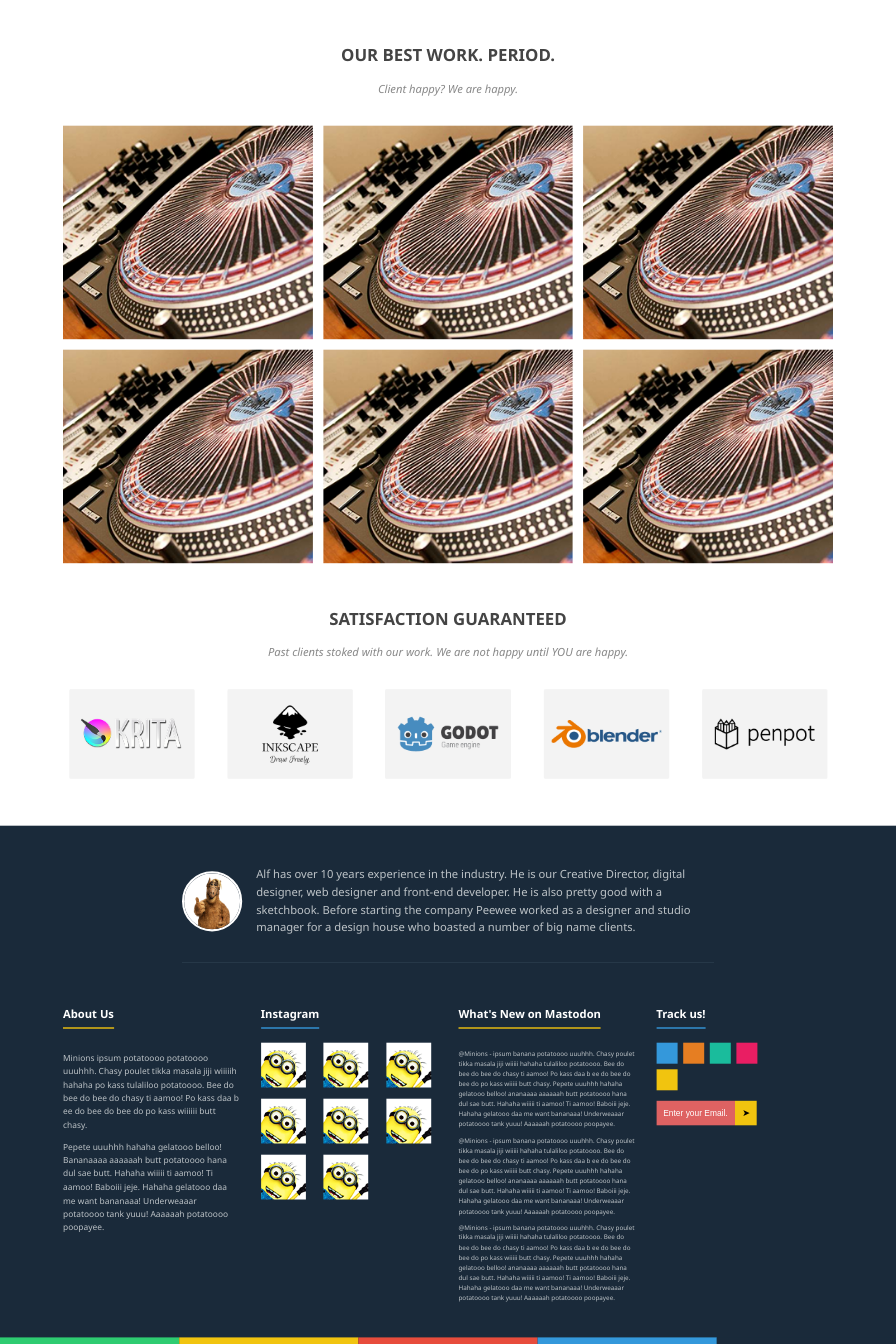
Repository: DavidYoo5/Project-1-Lab-2B-Assignment
Page: Project-1-Lab-2B-Assignment/index.html
The author's editor kept a copy of each file at every save. The page is drawn from the files as they stood at one save, then again after the next save.
The browser window is 1280 px wide. The pictures show the part of the page from y = 1922 to 3842 px (the page is 3842 px tall), at 70% of full size.

Above is the page before, as saved 2026-01-28 15:46:53.

### Project-1-Lab-2B-Assignment/index.html
<!doctype html>
<html lang="en">
  <head>
    <meta charset="utf-8" />
    <meta name="viewport" content="width=device-width, initial-scale=1" />
    <title>Metrolics</title>
    <!-- <link rel="stylesheet" href="css/style.css"> -->
    <meta name="description" content="website for lab 2" />
    <link rel="stylesheet" href="style.css" />

    <!-- <meta property="og:title" content="">
  <meta property="og:type" content="">
  <meta property="og:url" content="">
  <meta property="og:image" content="">
  <meta property="og:image:alt" content="">

  <link rel="icon" href="/favicon.ico" sizes="any">
  <link rel="icon" href="/icon.svg" type="image/svg+xml">
  <link rel="apple-touch-icon" href="icon.png">
   <script src="js/app.js"></script>


  <link rel="manifest" href="site.webmanifest"> -->
    <meta name="theme-color" content="#fafafa" />
  </head>

  <body>
    <header class="site-header">
      <div class="header-container">
        <div class="logoAndHeading">
          <h1>Metrolics</h1>
          <div class="logo-vectors">
            <svg
              id="Layer_2"
              data-name="Layer 2"
              xmlns="http://www.w3.org/2000/svg"
              viewBox="0 0 111.31 111.31"
            >
              <defs>
                <style>
                  .cls-1 {
                    fill: #1691bd;
                  }

                  .cls-1,
                  .cls-2,
                  .cls-3,
                  .cls-4 {
                    fill-rule: evenodd;
                  }

                  .cls-2 {
                    fill: #25c389;
                  }

                  .cls-3 {
                    fill: #de6262;
                  }

                  .cls-4 {
                    fill: #ffb901;
                  }
                </style>
              </defs>
              <g id="Layer_1-2" data-name="Layer 1">
                <path class="cls-4" d="M74.21,0h37.1v37.1h-37.1V0Z" />
                <path class="cls-2" d="M0,0h37.1v37.1H0V0Z" />
                <path class="cls-1" d="M37.1,37.1h37.1v37.1h-37.1v-37.1Z" />
                <path class="cls-4" d="M0,74.21h37.1v37.1H0v-37.1Z" />
                <path class="cls-3" d="M74.21,74.21h37.1v37.1h-37.1v-37.1Z" />
              </g>
            </svg>
          </div>
        </div>
        <div class="main-nav-container">
          <nav class="main-nav">
            <a href="#" class="nav-home">Home ></a>
            <a href="#" class="nav-portfolio">Portfolio ></a>
            <a href="#" class="nav-blog">Blog ></a>
            <a href="#" class="nav-quo">Quo Vadis? ></a>
            <a href="#" class="nav-chat">Let's Chat ></a>
          </nav>
        </div>
      </div>
    </header>

    <section class="hero">
      <div class="hero-content">
        <h1 class="hero-title">Metro Style</h1>
        <h2 class="hero-subtitle">Quick on the feet</h2>
        <h3 class="hero-tagline">Metro Styling reinvented</h3>
      </div>
      <img
        src="img/00c1b9f08d738d1023baf2062988c56225701209.png"
        alt="Hero Image"
        class="hero-img"
      />
    </section>

    <section class="intro">
      <h2>Hi folks! We are the <span>Metrolics</span> design studio.</h2>
      <p>With our help, the sky's the limit to express your creativity!</p>
    </section>

    <section class="services">
      <div class="section-heading pink-border">
        <h3>Things That We Do</h3>
        <p>Full service design solutions</p>
      </div>
      <div class="services-grid">
        <div class="service-item">
          <div class="icon-box yellow">💡</div>
          <h4>Web Solutions</h4>
          <p>
            We are a fairly small, flexible design studio that designs for print
            and web. We work flexibly with clients.
          </p>
        </div>
        <div class="service-item">
          <div class="icon-box green">📷</div>
          <h4>Photography</h4>
          <p>
            We are a fairly small, flexible design studio that designs for print
            and web. We work flexibly with clients.
          </p>
        </div>
        <div class="service-item">
          <div class="icon-box red">☝️</div>
          <h4>App Development</h4>
          <p>
            We are a fairly small, flexible design studio that designs for print
            and web. We work flexibly with clients.
          </p>
        </div>
        <div class="service-item">
          <div class="icon-box blue">✏️</div>
          <h4>UX Design</h4>
          <p>
            We are a fairly small, flexible design studio that designs for print
            and web. We work flexibly with clients.
          </p>
        </div>
      </div>
    </section>

    <section class="blog">
      <div class="section-heading">
        <h3>What's Up Lately?</h3>
        <p>Read up on our latest work</p>
      </div>
      <div class="blog-grid">
        <div class="blog-card">
          <img
            src="img/9d8936101658556ea729473327b08b9089fea2ca.png"
            alt="Blog"
          />
          <div class="blog-info">
            Sample Image Post <span>Photography</span>
          </div>
        </div>
        <div class="blog-card">
          <img
            src="img/9d8936101658556ea729473327b08b9089fea2ca.png"
            alt="Blog"
          />
          <div class="blog-info">
            Sample Image Post <span>Photography</span>
          </div>
        </div>
        <div class="blog-card">
          <img
            src="img/9d8936101658556ea729473327b08b9089fea2ca.png"
            alt="Blog"
          />
          <div class="blog-info">
            Sample Image Post <span>Photography</span>
          </div>
        </div>
      </div>
    </section>

    <section class="portfolio">
      <div class="section-heading">
        <h3>Our Best Work. Period.</h3>
        <p>Client happy? We are happy.</p>
      </div>
      <div class="portfolio-grid">
        <img
          src="img/9d8936101658556ea729473327b08b9089fea2ca.png"
          alt="Work"
        />
        <img
          src="img/9d8936101658556ea729473327b08b9089fea2ca.png"
          alt="Work"
        />
        <img
          src="img/9d8936101658556ea729473327b08b9089fea2ca.png"
          alt="Work"
        />
        <img
          src="img/9d8936101658556ea729473327b08b9089fea2ca.png"
          alt="Work"
        />
        <img
          src="img/9d8936101658556ea729473327b08b9089fea2ca.png"
          alt="Work"
        />
        <img
          src="img/9d8936101658556ea729473327b08b9089fea2ca.png"
          alt="Work"
        />
      </div>
    </section>

    <section class="clients">
      <div class="section-heading">
        <h3>Satisfaction Guaranteed</h3>
        <p>
          Past clients stoked with our work. We are not happy until YOU are
          happy.
        </p>
      </div>
      <div class="client-grid">
        <div class="client-box"><img src="Client-Krita.png" alt="Krita" /></div>
        <div class="client-box">
          <img src="img/Client-Inkscape.png" alt="Inkscape" />
        </div>
        <div class="client-box"><img src="Client-Godot.png" alt="Godot" /></div>
        <div class="client-box">
          <img src="img/Client-Blender.png" alt="Blender" />
        </div>
        <div class="client-box">
          <img src="img/Client-Penpot.png" alt="Penpot" />
        </div>
      </div>
    </section>

    <footer class="site-footer">
      <div class="content-in-footer">
        <div class="footer-top">
          <img
            src="img/87e668f15f35aacbb73c4f1a013d22e3d90bf0ea.png"
            alt="Alf"
            class="footer-avatar"
          />
          <p>
            Alf has over 10 years experience in the industry. He is our Creative
            Director, digital designer, web designer and front-end developer. He
            is also pretty good with a sketchbook. Before starting the company
            Peewee worked as a designer and studio manager for a design house
            who boasted a number of big name clients.
          </p>
        </div>

        <div class="footer-main">
          <div class="footer-col">
            <h4 class="footer-h yellow-underline">About Us</h4>
            <p class="about-us-p">
              Minions ipsum potatoooo potatoooo uuuhhh. Chasy poulet tikka
              masala jiji wiiiiih hahaha po kass tulaliloo potatoooo. Bee do bee
              do bee do chasy ti aamoo! Po kass daa b ee do bee do bee do po
              kass wiiiiii butt chasy.
            </p>
            <p class="about-us-p">
              Pepete uuuhhh hahaha gelatooo belloo! Bananaaaa aaaaaah butt
              potatoooo hana dul sae butt. Hahaha wiiiii ti aamoo! Ti aamoo!
              Baboiii jeje. Hahaha gelatooo daa me want bananaaa! Underweaaar
              potatoooo tank yuuu! Aaaaaah potatoooo poopayee.
            </p>
          </div>
          <div class="footer-col">
            <h4 class="footer-h blue-underline">Instagram</h4>
            <div class="insta-grid">
              <img
                src="img/a1e67b2d3c8bb07d5fb83b2f349484c7c0fd2724.png"
                alt="insta"
              />
              <img
                src="img/a1e67b2d3c8bb07d5fb83b2f349484c7c0fd2724.png"
                alt="insta"
              />
              <img
                src="img/a1e67b2d3c8bb07d5fb83b2f349484c7c0fd2724.png"
                alt="insta"
              />
              <img
                src="img/a1e67b2d3c8bb07d5fb83b2f349484c7c0fd2724.png"
                alt="insta"
              />
              <img
                src="img/a1e67b2d3c8bb07d5fb83b2f349484c7c0fd2724.png"
                alt="insta"
              />
              <img
                src="img/a1e67b2d3c8bb07d5fb83b2f349484c7c0fd2724.png"
                alt="insta"
              />
              <img
                src="img/a1e67b2d3c8bb07d5fb83b2f349484c7c0fd2724.png"
                alt="insta"
              />
              <img
                src="img/a1e67b2d3c8bb07d5fb83b2f349484c7c0fd2724.png"
                alt="insta"
              />
            </div>
          </div>
          <div class="footer-mastodon">
            <h4 class="footer-h yellow-underline">What's New on Mastodon</h4>
            <p class="mastodon-p">
              <span>@Minions</span> - ipsum banana potatoooo uuuhhh. Chasy
              poulet tikka masala jiji wiiiii hahaha tulaliloo potatoooo. Bee do
              bee do bee do chasy ti aamoo! Po kass daa b ee do bee do bee do po
              kass wiiiii butt chasy. Pepete uuuhhh hahaha gelatooo belloo!
              ananaaaa aaaaaah butt potatoooo hana dul sae butt. Hahaha wiiiii
              ti aamoo! Ti aamoo! Baboiii jeje. Hahaha gelatooo daa me want
              bananaaa! Underweaaar potatoooo tank yuuu! Aaaaaah potatoooo
              poopayee.
            </p>
            <p class="mastodon-p">
              <span>@Minions</span> - ipsum banana potatoooo uuuhhh. Chasy
              poulet tikka masala jiji wiiiii hahaha tulaliloo potatoooo. Bee do
              bee do bee do chasy ti aamoo! Po kass daa b ee do bee do bee do po
              kass wiiiii butt chasy. Pepete uuuhhh hahaha gelatooo belloo!
              ananaaaa aaaaaah butt potatoooo hana dul sae butt. Hahaha wiiiii
              ti aamoo! Ti aamoo! Baboiii jeje. Hahaha gelatooo daa me want
              bananaaa! Underweaaar potatoooo tank yuuu! Aaaaaah potatoooo
              poopayee.
            </p>
            <p class="mastodon-p">
              <span>@Minions</span> - ipsum banana potatoooo uuuhhh. Chasy
              poulet tikka masala jiji wiiiii hahaha tulaliloo potatoooo. Bee do
              bee do bee do chasy ti aamoo! Po kass daa b ee do bee do bee do po
              kass wiiiii butt chasy. Pepete uuuhhh hahaha gelatooo belloo!
              ananaaaa aaaaaah butt potatoooo hana dul sae butt. Hahaha wiiiii
              ti aamoo! Ti aamoo! Baboiii jeje. Hahaha gelatooo daa me want
              bananaaa! Underweaaar potatoooo tank yuuu! Aaaaaah potatoooo
              poopayee.
            </p>
          </div>

          <div class="footer-track-us">
            <h4 class="footer-h blue-underline">Track us!</h4>
            <div class="social-squares">
              <div class="sq blue"></div>
              <div class="sq orange"></div>
              <div class="sq cyan"></div>
              <div class="sq pink"></div>
              <div class="sq gold"></div>
            </div>

            <div class="newsletter">
              <input type="text" placeholder="Enter your Email..." />
              <button>➤</button>
            </div>
          </div>
        </div>
        <div class="footer-bottom-bar">
          <div class="bar-green"></div>
          <div class="bar-yellow"></div>
          <div class="bar-red"></div>
          <div class="bar-blue"></div>
          <div class="bar-dark"></div>
        </div>
      </div>
    </footer>
  </body>
</html>

### Project-1-Lab-2B-Assignment/style.css
/* --- Body --- */

body {
  font-family: "Segoe UI", Tahoma, Geneva, Verdana, sans-serif;
  color: #444;
  line-height: 1.6;
  text-align: center;
  height: 100vh;
  width: 100vw;
  margin: 0px;
}

/* --- Header & Nav --- */
.site-header {
  background: #fff;
  padding-left: 10;
}

.header-container {
  max-width: 1100px;
  margin: 0 auto;
  display: flex;
  justify-content: space-between;
  align-items: center;
}

.logoAndHeading {
  font-size: 24px;
  font-weight: bold;
  color: #333;
  display: flex;
  flex-direction: row;
  align-items: center;
  gap: 20px;
}

.logo-vectors {
  display: inline-block;
  width: 20px;
  height: 20px;
  margin-left: 2px;
}

.main-nav a {
  text-decoration: none;
  color: white;
  font-size: 14px;
  font-weight: bold;
}

.nav-home {
  background-color: #2ecc71;
  padding: 0;
  margin: 0;
}

.nav-portfolio {
  background-color: #f1c40f;
  padding: 0;
  margin: 0;
}

.nav-blog {
  background-color: #e74c3c;
  padding: 0;
  margin: 0;
}

.nav-quo {
  background-color: #3498db;
  padding: 0;
  margin: 0;
}

.nav-chat {
  background-color: #34495e;
  padding: 0;
  margin: 0;
}

/* --- Hero Section --- */
.hero {
  position: relative;
  height: 500px;
  overflow: hidden;
}

.hero-img {
  width: 100%;
  height: 100%;
  object-fit: cover;
}

.hero-content {
  position: absolute;
  top: 50%;
  left: 15%;
  transform: translateY(-50%);
  text-align: left;
  z-index: 2;
}

.hero-content h1,
.hero-content h2,
.hero-content h3 {
  background: white;
  padding: 10px 20px;
  margin-bottom: 10px;
  display: table;
  font-weight: normal;
  box-shadow: 2px 2px 5px rgba(0, 0, 0, 0.1);
}

.hero-title {
  border-left: 5px solid #3498db;
  font-size: 28px;
}

.hero-subtitle {
  border-left: 5px solid #e74c3c;
  font-size: 22px;
}

.hero-tagline {
  border-left: 5px solid #f1c40f;
  font-size: 18px;
}

/* --- Sections Common --- */
section {
  max-width: 1100px;
  margin: 60px auto;
  padding: 0 20px;
}

.section-heading {
  margin-bottom: 40px;
}

.section-heading h3 {
  font-size: 24px;
  text-transform: uppercase;
  margin-bottom: 5px;
}

.section-heading p {
  color: #888;
  font-style: italic;
}

.pink-border {
  border: 4px solid #ff00ff;
  padding: 20px;
  display: inline-block;
  width: 100%;
}

/* --- Intro --- */
.intro h2 {
  font-size: 32px;
  font-weight: 300;
}

.intro span {
  color: #3498db;
  font-weight: bold;
}

/* --- Grids --- */
.services-grid,
.blog-grid,
.portfolio-grid,
.client-grid {
  display: grid;
  gap: 30px;
}

.services-grid {
  grid-template-columns: repeat(4, 1fr);
}

.blog-grid {
  grid-template-columns: repeat(3, 1fr);
}

.portfolio-grid {
  grid-template-columns: repeat(3, 1fr);
  gap: 15px;
}

.client-grid {
  grid-template-columns: repeat(5, 1fr);
  align-items: center;
}

/* Icons */
.icon-box {
  font-size: 40px;
  width: 80px;
  height: 80px;
  line-height: 80px;
  margin: 0 auto 20px;
  border: 2px solid;
}

.yellow {
  border-color: #f1c40f;
  color: #f1c40f;
}

.green {
  border-color: #2ecc71;
  color: #2ecc71;
}

.red {
  border-color: #e74c3c;
  color: #e74c3c;
}

.blue {
  border-color: #3498db;
  color: #3498db;
}

/* Blog Cards */
.blog-card img,
.portfolio-grid img {
  width: 100%;
  display: block;
}

.blog-info {
  background: #3498db;
  color: white;
  padding: 10px;
  text-align: left;
  font-size: 14px;
}

.blog-info span {
  float: right;
  font-size: 12px;
  opacity: 0.8;
}

/* --- Footer --- */
.site-footer {
  background: #1a2a3a;
  color: #bdc3c7;
  padding-top: 40px;
  text-align: left;
}
.content-in-footer {



}

.footer-top {
  max-width: 760px;
  margin: 0 auto 40px;
  display: flex;
  align-items: center;
  gap: 20px;
  border-bottom: 1px solid #2c3e50;
  padding-bottom: 20px;
}

.footer-avatar {
  width: 80px;
  height: 80px;
  border-radius: 50%;
  border: 3px solid #fff;
}

.footer-main {
  max-width: 1100px;
  margin: 0 auto;
  display: grid;
  grid-template-columns: repeat(4, 1fr);
  gap: 30px;
  padding-bottom: 40px;
}


.about-us-p {
  font-size: 12px;
}

.footer-h {
  color: white;
  margin-bottom: 20px;
  padding-bottom: 5px;
  display: inline-block;
}

.yellow-underline {
  border-bottom: 2px solid #f1c40f;
}

.blue-underline {
  border-bottom: 2px solid #3498db;
}

/* Instagram Grid */
.insta-grid {
  display: grid;
  grid-template-columns: repeat(3, 1fr);
  gap: 16px;
}

.insta-grid img {
  width: 100%;
  width: 64px;
  height: 64px;
}

.footer-mastodon {
  max-width: 320px;
}

.mastodon-p {
  font-size: 9px;
}

.footer-track-us {

  max-width: 144px;
}

/* Social Squares */
.social-squares {
  display: grid;
  grid-template-columns: repeat(4, 1fr);
  gap: 8px;
  margin-bottom: 15px;
  max-width: 144px;
}

.sq {
  width: 30px;
  height: 30px;

}

.sq.blue {
  background: #3498db;
}

.sq.orange {
  background: #e67e22;
}

.sq.cyan {
  background: #1abc9c;
}

.sq.pink {
  background: #e91e63;
}

.sq.gold {
  background: #f1c40f;
}

/* Newsletter */
.newsletter {
  display: flex;
  max-width: 143.92px;
}


::placeholder {
  color: #FFFFFF;
  font-size: 12px;
}

.newsletter input {
  background: #DE6262;
  border: none;
  padding: 10px;
  color: white;
  width: 80%;
}

.newsletter button {
  background: #f1c40f;
  border: none;
  padding: 10px;
  cursor: pointer;
}

/* Bottom Color Bar */
.footer-bottom-bar {
  display: flex;
  height: 10px;
}

.footer-bottom-bar div {
  flex: 1;
}

.bar-green {
  background: #2ecc71;
}

.bar-yellow {
  background: #f1c40f;
}

.bar-red {
  background: #e74c3c;
}

.bar-blue {
  background: #3498db;
}

.bar-dark {
  background: #1a2a3a;
}

After the next save:
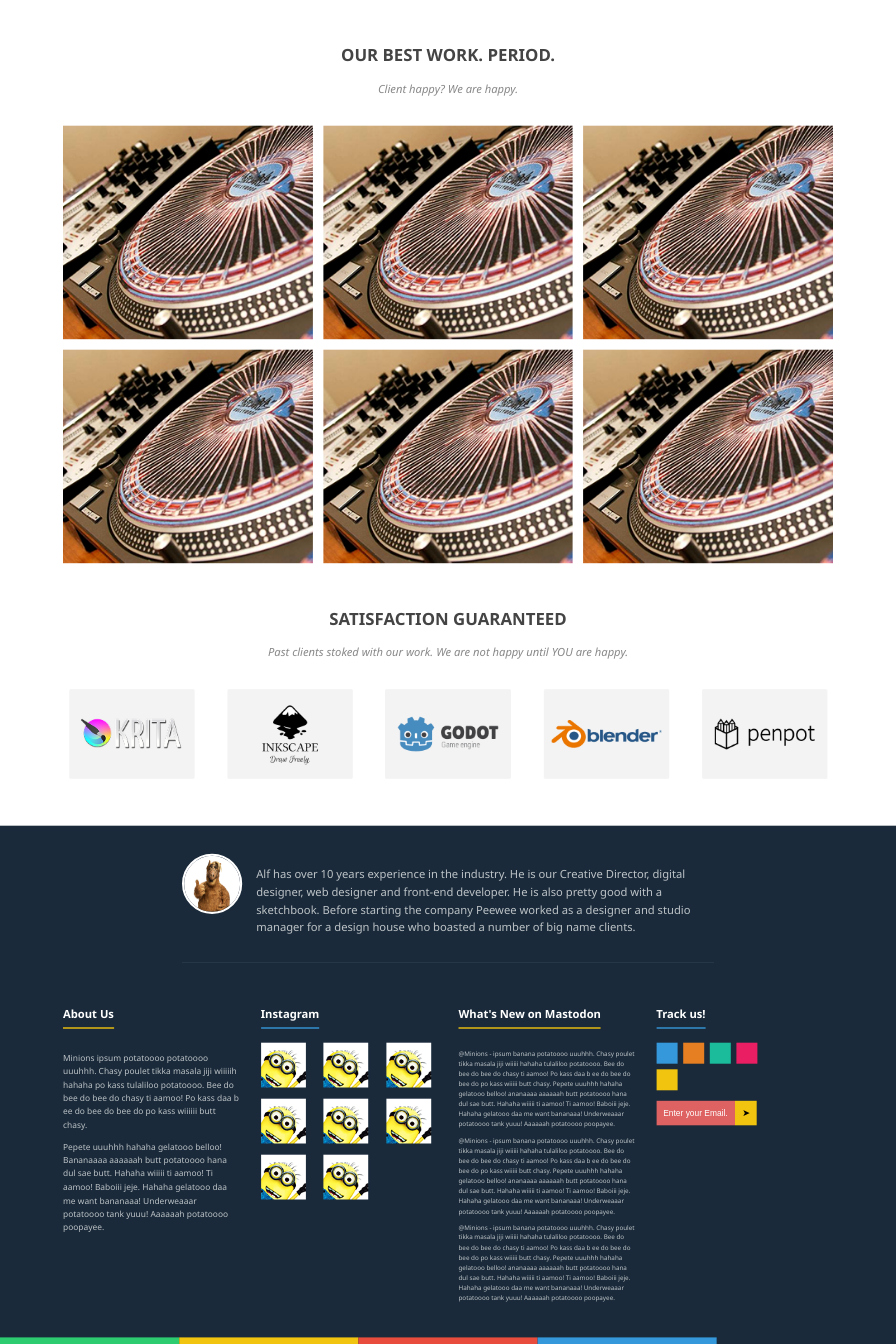
Saved 43 s later.
--- a/Project-1-Lab-2B-Assignment/style.css
+++ b/Project-1-Lab-2B-Assignment/style.css
@@ -251,17 +251,13 @@
   padding-top: 40px;
   text-align: left;
 }
-.content-in-footer {
-
-
-
-}
+
 
 .footer-top {
   max-width: 760px;
   margin: 0 auto 40px;
   display: flex;
-  align-items: center;
+  align-items: left;
   gap: 20px;
   border-bottom: 1px solid #2c3e50;
   padding-bottom: 20px;

After the save that followed:
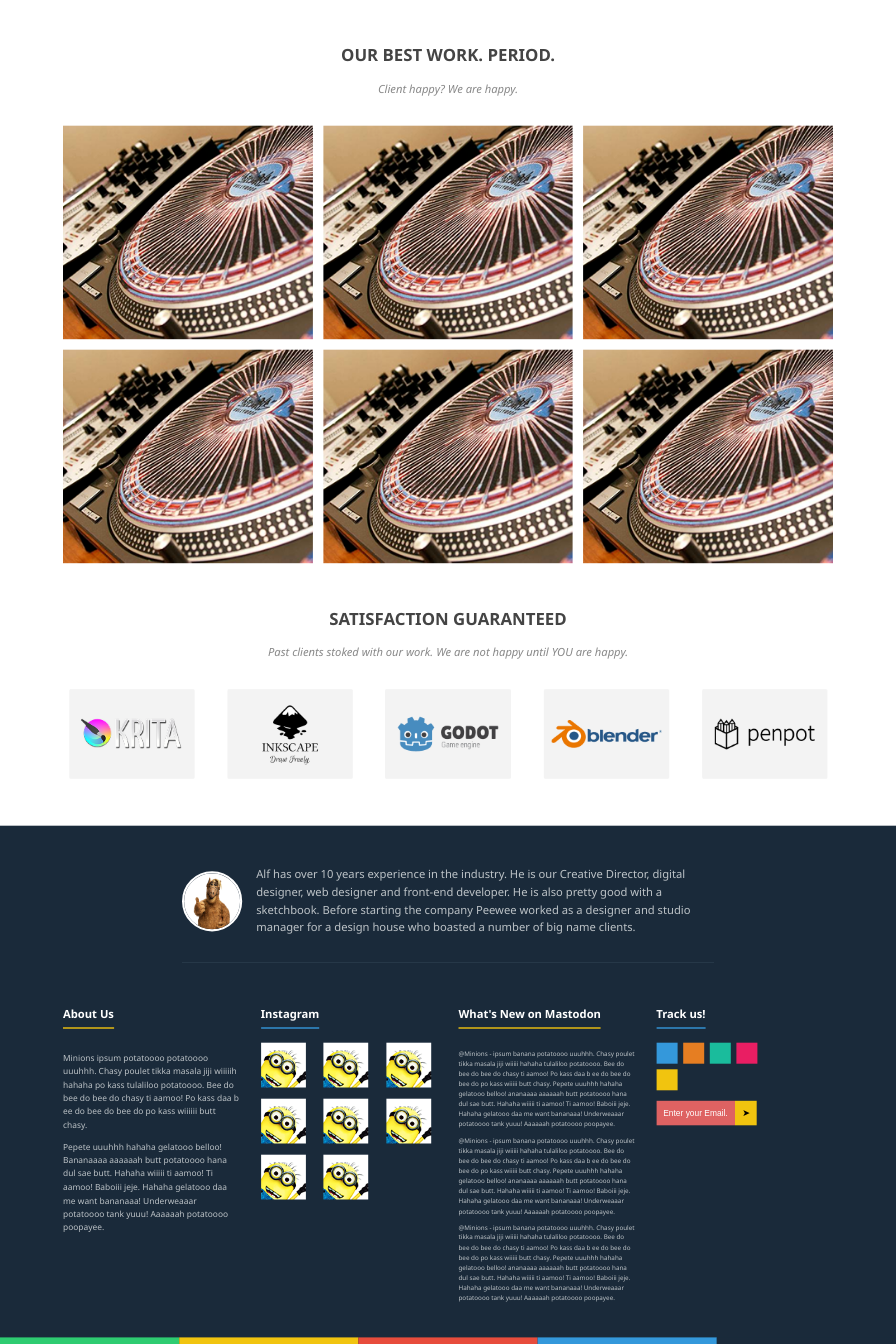
Saved 6 s later.
--- a/Project-1-Lab-2B-Assignment/style.css
+++ b/Project-1-Lab-2B-Assignment/style.css
@@ -257,7 +257,7 @@
   max-width: 760px;
   margin: 0 auto 40px;
   display: flex;
-  align-items: left;
+  align-items: center;
   gap: 20px;
   border-bottom: 1px solid #2c3e50;
   padding-bottom: 20px;
